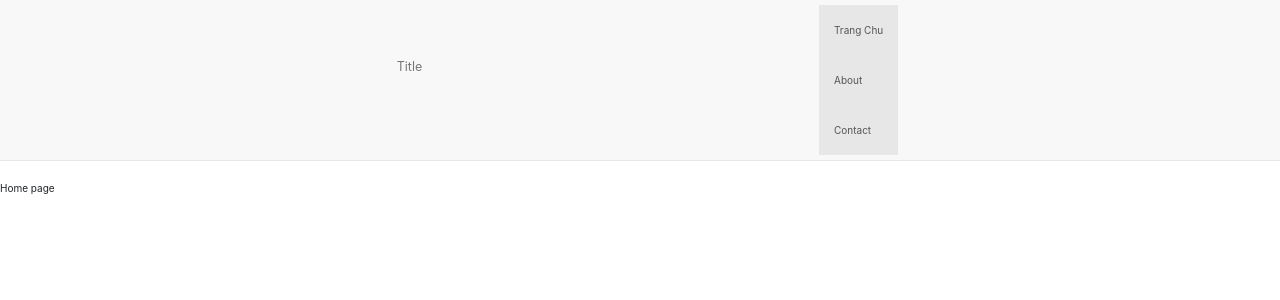
Repository: hntvip/react-route
Page: /
An editor plug-in stored every save of this project. The page is shown before and after the next save, followed by the edit.
The browser window is 1280 px wide. The pictures show the whole page.
The project was rebuilt for these pictures with package versions that can differ from the ones it lists, and the page was loaded fresh each time. Also part of the build but not shown: src/components/About.js, src/components/Contact.js.

Above is the page before, as saved 2019-11-27 17:12:45.

### public/index.html
<!DOCTYPE html>
<html lang="en">
  <head>
    <meta charset="utf-8" />
    <link rel="icon" href="%PUBLIC_URL%/favicon.ico" />
    <meta name="viewport" content="width=device-width, initial-scale=1" />
    <meta name="theme-color" content="#000000" />
    <meta
      name="description"
      content="Web site created using create-react-app"
    />
    <link rel="apple-touch-icon" href="logo192.png" />
    <!--
      manifest.json provides metadata used when your web app is installed on a
      user's mobile device or desktop. See https://developers.google.com/web/fundamentals/web-app-manifest/
    -->
    <link rel="manifest" href="%PUBLIC_URL%/manifest.json" />
    <!--
      Notice the use of %PUBLIC_URL% in the tags above.
      It will be replaced with the URL of the `public` folder during the build.
      Only files inside the `public` folder can be referenced from the HTML.

      Unlike "/favicon.ico" or "favicon.ico", "%PUBLIC_URL%/favicon.ico" will
      work correctly both with client-side routing and a non-root public URL.
      Learn how to configure a non-root public URL by running `npm run build`.
    -->
    <title>React App</title>

    <!-- Latest compiled and minified CSS & JS -->
    <link rel="stylesheet" media="screen" href="//netdna.bootstrapcdn.com/bootstrap/3.3.4/css/bootstrap.min.css">
    <script src="//code.jquery.com/jquery.js"></script>
    <script src="//netdna.bootstrapcdn.com/bootstrap/3.3.4/js/bootstrap.min.js"></script>

  </head>
  <body>
    <noscript>You need to enable JavaScript to run this app.</noscript>
    <div id="root"></div>
    <!--
      This HTML file is a template.
      If you open it directly in the browser, you will see an empty page.

      You can add webfonts, meta tags, or analytics to this file.
      The build step will place the bundled scripts into the <body> tag.

      To begin the development, run `npm start` or `yarn start`.
      To create a production bundle, use `npm run build` or `yarn build`.
    -->
  </body>
</html>

### src/index.js
import React from 'react';
import ReactDOM from 'react-dom';
import './index.css';
import App from './App';
import * as serviceWorker from './serviceWorker';

import '../node_modules/bootstrap/dist/css/bootstrap.css';

ReactDOM.render(<App />, document.getElementById('root'));

// If you want your app to work offline and load faster, you can change
// unregister() to register() below. Note this comes with some pitfalls.
// Learn more about service workers: https://bit.ly/CRA-PWA
serviceWorker.unregister();

### src/App.js
import React from 'react';
import './App.css';
import { BrowserRouter as Router, Route, Link} from 'react-router-dom';
import About from './components/About';
import Home from './components/Home';
import Contact from './components/Contact';
const MenuLink = ({label, to, activeOnlyWhenExact}) => {
  return (
    <Route path={to} exact={activeOnlyWhenExact} children={(match)=>{
      var active = match ? 'active': 'abc'
      return (
        <li className={active}>
          <Link to={to} className="my-link">{label}</Link>
        </li>
      )
    }} >

    </Route>
  )
}
function App() {
  return (
    <Router>
      <nav class="navbar navbar-default navbar-fixed-top" role="navigation">
        <a class="navbar-brand" href="#">Title</a>
        <ul class="nav navbar-nav">
          <MenuLink to="/" label="Trang Chu" activeOnlyWhenExact="true"/>
          <MenuLink to="/about" label="About" activeOnlyWhenExact="false"/>
          <MenuLink to="/contact" label="Contact" activeOnlyWhenExact="false"/>
        </ul>
      </nav>
      {/* Noi Dung */}
      <Route path="/" exact component={Home}></Route>
        <Route path="/contact" component={Contact}></Route>
        <Route path="/about" component={About}></Route>

    </Router>
  );
}

export default App;

### src/App.css
.App {
  text-align: center;
}

.App-logo {
  height: 40vmin;
}

.App-header {
  background-color: #282c34;
  min-height: 100vh;
  display: flex;
  flex-direction: column;
  align-items: center;
  justify-content: center;
  font-size: calc(10px + 2vmin);
  color: white;
}

.App-link {
  color: #09d3ac;
}

.active{
  background: white;
  color: red
}

### src/components/Home.js
import React from 'react';

function Home() {
  return (
    <div>Home page</div>
  );
}

export default Home;

Loaded but not shown: src/index.css (common file); src/serviceWorker.js (common file)

After the next save:
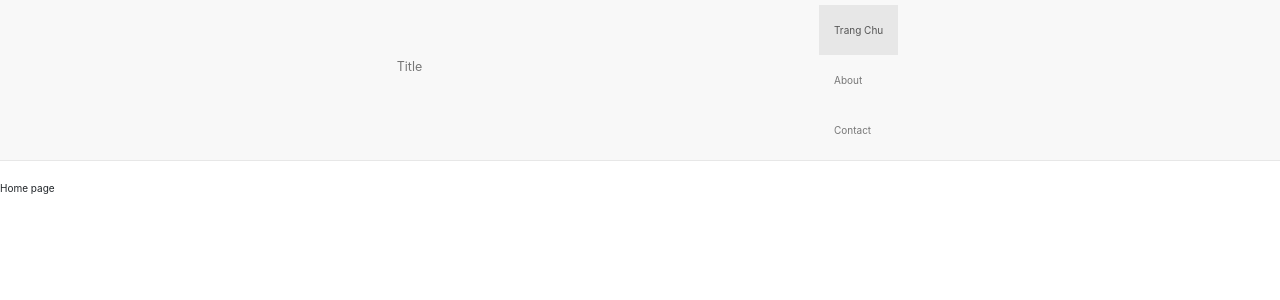
Saved 2 min 38 s later.
--- a/src/App.js
+++ b/src/App.js
@@ -6,7 +6,7 @@ import Home from './components/Home';
 import Contact from './components/Contact';
 const MenuLink = ({label, to, activeOnlyWhenExact}) => {
   return (
-    <Route path={to} exact={activeOnlyWhenExact} children={(match)=>{
+    <Route path={to} exact={activeOnlyWhenExact} children={({match})=>{
       var active = match ? 'active': 'abc'
       return (
         <li className={active}>
